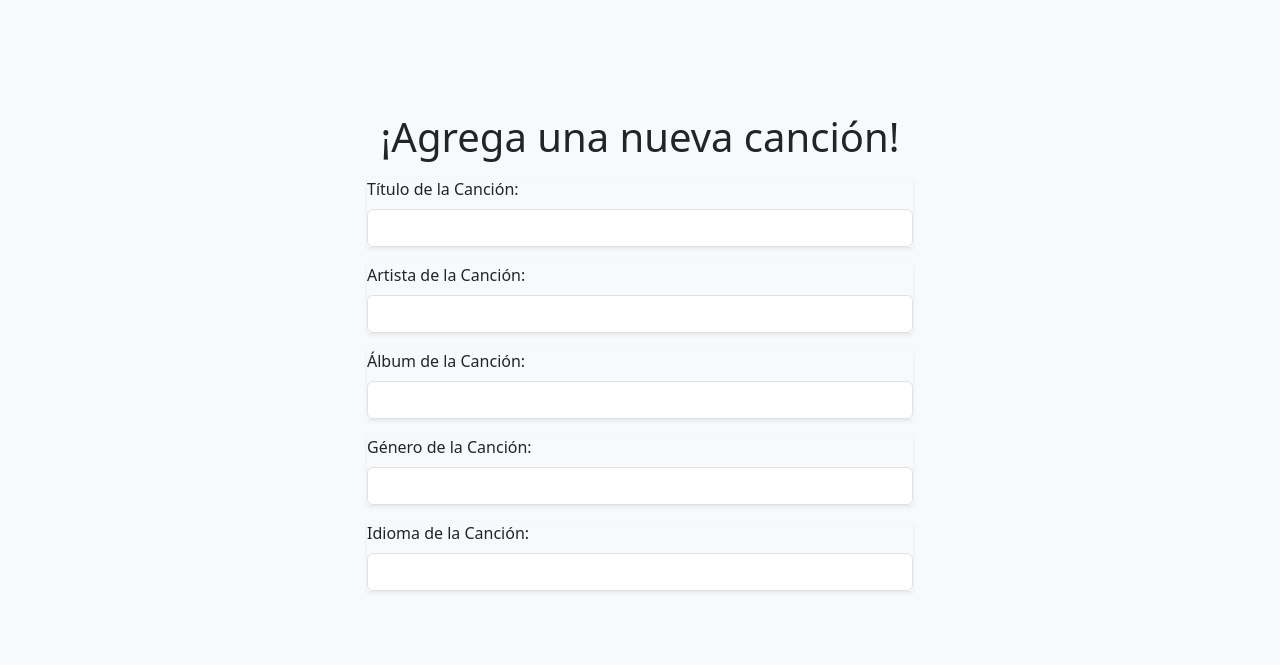
Repository: mariavanez/eliminar_canciones
Page: http://localhost/Canciones/WEB-INF/agregarCancion.jsp
An editor plug-in stored every save of this project. The page is shown before and after the next save, followed by the edit.
The browser window is 1280 px wide. The pictures show the whole page.
The page is served by Tomcat 9. Nobody is signed in. The template is opened directly, without the code that normally fills it, so the values that code supplies are empty.

Above is the page before, as saved 2025-02-09 18:04:05.

After the next save:
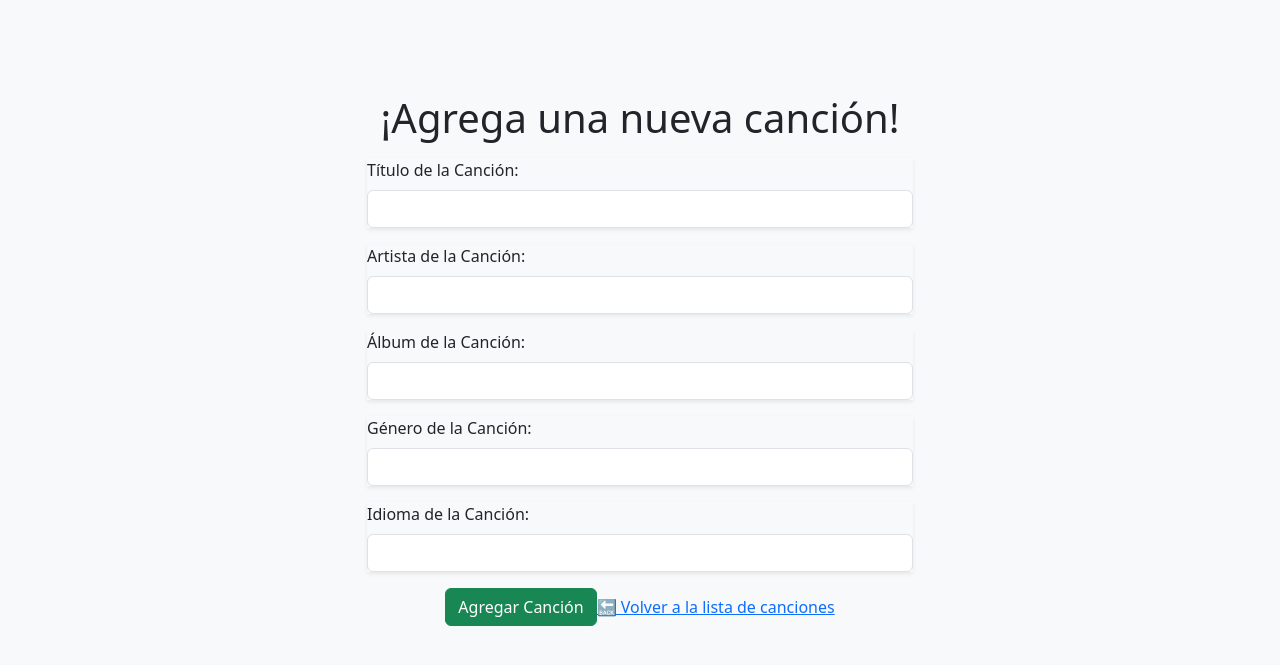
Saved 3 min 12 s later.
--- a/Canciones/src/main/webapp/WEB-INF/agregarCancion.jsp
+++ b/Canciones/src/main/webapp/WEB-INF/agregarCancion.jsp
@@ -40,6 +40,10 @@
 						<form:input path="idioma" type="text" name="titulo" class="form-control"></form:input>
 						<form:errors path="idioma" class="text-danger bg-light rounded p-1"></form:errors>
 					</div>
+					<div class="d-flex justify-content-center align-items-center">
+						<button type="submit" class="btn btn-success">Agregar Canción</button>
+						<a href="/canciones">🔙 Volver a la lista de canciones</a>
+					</div>
 				</form:form>
 			</div>
 		</div>
